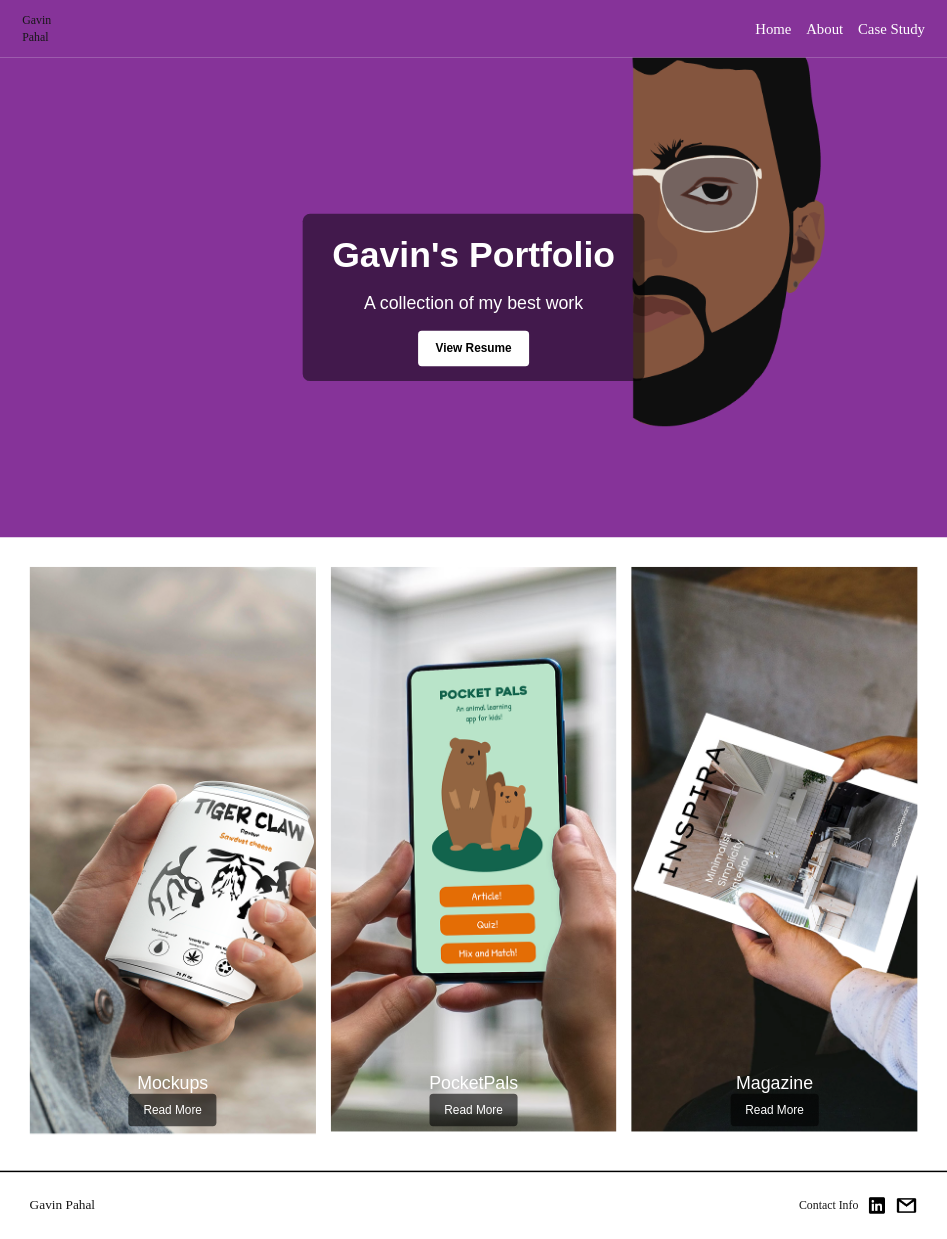
Repository: GavinPahal/portfolios
Page: /Home
The author's editor kept a copy of each file at every save. The page is drawn from the files as they stood at one save, then again after the next save.
The browser window is 1280 px wide. The pictures show the whole page, at 74% of full size.
The project was rebuilt for these pictures with package versions that can differ from the ones it lists, and the page was loaded fresh each time. The framework's server and built-in components were replaced by stand-ins that run in the browser. Also part of the build but not shown: next.config.mjs, components/BackToTop/BackToTop.module.css.

Above is the page before, as saved 2025-02-06 13:41:42.

After the next save:
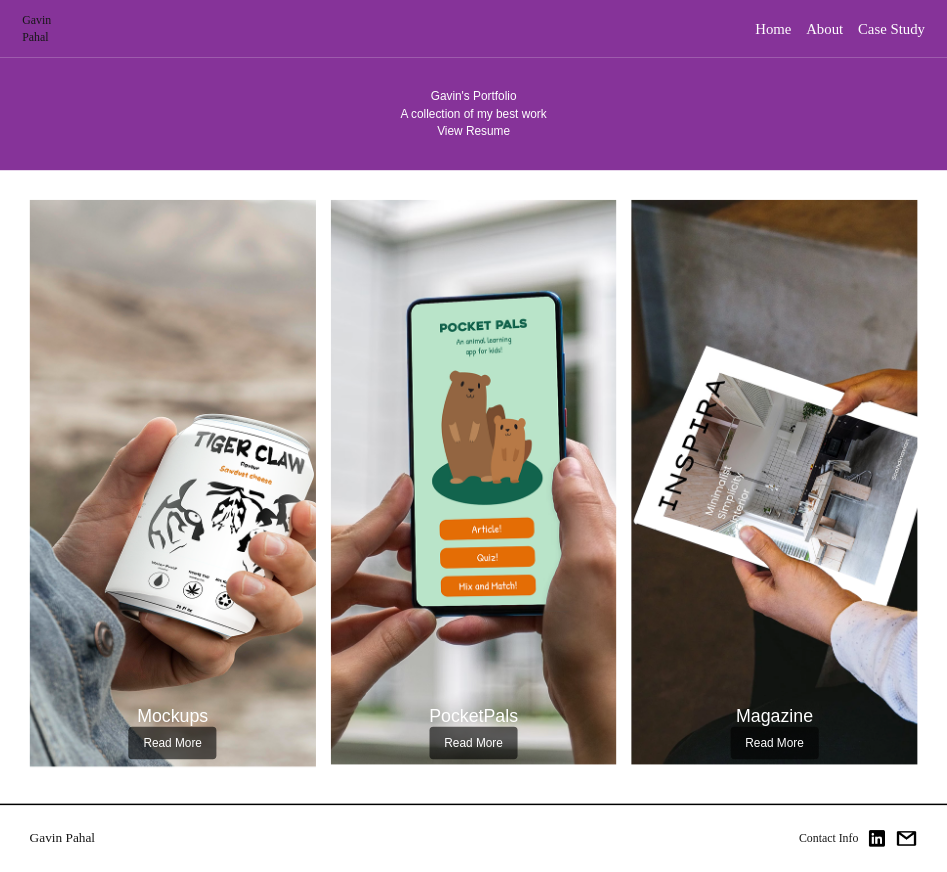
Saved 30 s later.
--- a/components/HeroSection/HeroSection.module.css
+++ b/components/HeroSection/HeroSection.module.css
@@ -1,44 +1,37 @@
 .hero {
-    position: relative;
-    width: 100%;
-    height: 90vh;
-    background: url("/images/Group 6.png") center/cover no-repeat;
     display: flex;
+    flex-direction: column;
     align-items: center;
-    justify-content: center;
     text-align: center;
+    background-color: #863399;
     color: white;
+    padding: 40px;
   }
 
-  .content {
-    background: rgba(0, 0, 0, 0.5); /* Dark overlay */
-    padding: 20px 40px;
+  .heroImage {
+    max-width: 100%;
+    height: auto;
     border-radius: 10px;
-  }
-
-  .title {
-    font-size: 3rem;
-    font-weight: bold;
-    margin-bottom: 10px;
-  }
-
-  .subtitle {
-    font-size: 1.5rem;
     margin-bottom: 20px;
   }
 
-  .button {
-    display: inline-block;
-    padding: 12px 24px;
-    background: white;
-    color: black;
-    font-weight: bold;
-    text-decoration: none;
-    border-radius: 5px;
-    transition: background 0.3s ease, transform 0.2s ease;
+  .heroText {
+    display: flex;
+    flex-direction: column;
+    align-items: center;
   }
 
-  .button:hover {
-    background: rgba(255, 255, 255, 0.8);
-    transform: scale(1.05);
+  .h1 {
+    margin: 0;
+    font-size: 24px;
   }
+
+  .resumeButton {
+    background-color: #a5d6a7;
+    border: none;
+    padding: 10px 20px;
+    font-size: 18px;
+    cursor: pointer;
+    margin-top: 10px;
+    border-radius: 5px;
+  }
